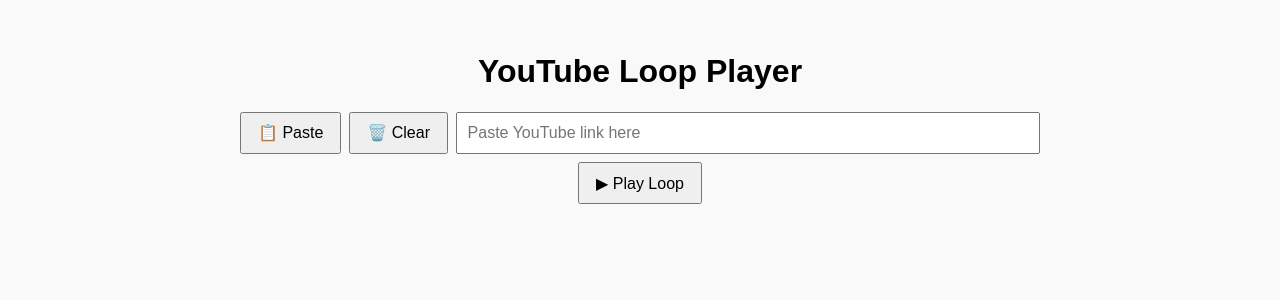
Repository: woojooin/youtubeloop
Page: index.html
The author's editor kept a copy of each file at every save. The page is drawn from the files as they stood at one save, then again after the next save.
The browser window is 1280 px wide. The pictures show the whole page.

Above is the page before, as saved 2025-07-07 18:44:18.

### index.html
<!DOCTYPE html>
<html lang="en">

<head>
  <meta charset="UTF-8" />
  <meta name="viewport" content="width=device-width, initial-scale=1.0" />
  <title>YouTube Loop</title>
  <style>
    body {
      font-family: sans-serif;
      text-align: center;
      padding: 2rem;
      margin: 0;
      background: #f9f9f9;
    }

    .container {
      max-width: 800px;
      margin: auto;
    }

    .input-row {
      display: flex;
      justify-content: center;
      gap: 0.5rem;
      flex-wrap: wrap;
    }

    input {
      flex: 1 1 60%;
      min-width: 200px;
      padding: 0.6rem;
      font-size: 1rem;
    }

    button {
      flex: 0 0 auto;
      padding: 0.6rem 1rem;
      font-size: 1rem;
    }

    iframe {
      margin-top: 1.5rem;
      width: 100%;
      aspect-ratio: 16 / 9;
      border: none;
    }
  </style>
</head>

<body>
  <div class="container">
    <h1>YouTube Loop Player</h1>

    <div class="input-row">
      <button onclick="pasteFromClipboard()">📋 Paste</button>
      <button onclick="clearInput()">🗑️ Clear</button>
      <input type="text" id="ytUrl" placeholder="Paste YouTube link here" onkeypress="handleEnter(event)" />
      <button onclick="handleLoop()">▶ Play Loop</button>
    </div>

    <div id="playerContainer"></div>
  </div>

  <script>
    let currentVideoId = null;

    function extractVideoId(url) {
      try {
        const parsed = new URL(url);
        if (parsed.hostname.includes('youtu.be')) {
          return parsed.pathname.slice(1);
        }
        return parsed.searchParams.get('v');
      } catch {
        return null;
      }
    }

    function playVideo(videoId) {
      currentVideoId = videoId;

      // Show loading state
      const container = document.getElementById('playerContainer');
      container.innerHTML = `
        <div style="padding: 2rem; text-align: center; margin-top: 1rem;">
          <div style="display: inline-block; width: 40px; height: 40px; border: 4px solid #f3f3f3; border-top: 4px solid #007bff; border-radius: 50%; animation: spin 1s linear infinite;"></div>
          <p style="margin-top: 1rem;">동영상을 로딩 중...</p>
        </div>
        <style>
          @keyframes spin {
            0% { transform: rotate(0deg); }
            100% { transform: rotate(360deg); }
          }
        </style>
      `;

      // Create iframe with sound and autoplay directly
      const embedUrl = `https://www.youtube.com/embed/${videoId}?autoplay=1&loop=1&playlist=${videoId}`;

      const iframe = document.createElement('iframe');
      iframe.src = embedUrl;
      iframe.allow = "autoplay; encrypted-media";
      iframe.allowFullscreen = true;
      iframe.style.width = '100%';
      iframe.style.aspectRatio = '16 / 9';
      iframe.style.border = 'none';
      iframe.style.marginTop = '1.5rem';

      // Clear loading and add iframe
      container.innerHTML = '';
      container.appendChild(iframe);

      // Add mute/unmute button for mobile
      const audioButton = document.createElement('div');
      audioButton.style.cssText = 'text-align: center; margin-top: 1rem;';
      audioButton.innerHTML = `
        <button id="audioToggleBtn" onclick="toggleMute('${videoId}')"
                style="padding: 0.8rem 1.5rem; background: transparent; color: #dc3545; border: 2px solid #dc3545; border-radius: 6px; cursor: pointer; font-size: 0.9rem; font-weight: bold; transition: all 0.2s ease;">
          🔇 Sound OFF
        </button>
      `;
      container.appendChild(audioButton);

      // Always add ListenOnRepeat button
      const redirectButton = document.createElement('div');
      redirectButton.style.cssText = 'text-align: center; margin-top: 0.5rem;';
      redirectButton.innerHTML = `
        <button onclick="redirectToListenOnRepeat('${videoId}')"
                style="padding: 0.8rem 1.5rem; background: transparent; color: #007bff; border: 2px solid #007bff; border-radius: 6px; cursor: pointer; font-size: 0.9rem; font-weight: bold; transition: all 0.2s ease;">
          🔗 Try with ListenOnRepeat
        </button>
      `;
      container.appendChild(redirectButton);

      // Check for 'Video unavailable' message
      setTimeout(() => {
        try {
          const iframeDoc = iframe.contentDocument || iframe.contentWindow.document;
          if (iframeDoc && iframeDoc.body) {
            const bodyText = iframeDoc.body.textContent || iframeDoc.body.innerText || '';
            if (bodyText.includes('Video unavailable')) {
              console.log('Video unavailable detected, redirecting to ListenOnRepeat');
              redirectToListenOnRepeat(videoId);
            }
          }
        } catch (e) {
          // CORS error, but continue - video might be working
          console.log('CORS error during check, but video might be working');
        }
      }, 3000);
    }

    function toggleAudio(videoId) {
      // Create a new iframe without mute parameter
      const embedUrl = `https://www.youtube.com/embed/${videoId}?autoplay=1&loop=1&playlist=${videoId}`;

      const iframe = document.createElement('iframe');
      iframe.src = embedUrl;
      iframe.allow = "autoplay; encrypted-media";
      iframe.allowFullscreen = true;
      iframe.style.width = '100%';
      iframe.style.aspectRatio = '16 / 9';
      iframe.style.border = 'none';
      iframe.style.marginTop = '1.5rem';

      // Replace the current iframe
      const container = document.getElementById('playerContainer');
      const currentIframe = container.querySelector('iframe');
      if (currentIframe) {
        container.replaceChild(iframe, currentIframe);
      }

      // Update the button text and onclick - toggle to OFF
      const audioButton = document.getElementById('audioToggleBtn');
      if (audioButton) {
        audioButton.innerHTML = '🔇 Sound OFF';
        audioButton.style.color = '#dc3545';
        audioButton.style.borderColor = '#dc3545';
        audioButton.onclick = () => toggleMute(videoId);
      }
    }

    function toggleMute(videoId) {
      // Create a new iframe with mute parameter
      const embedUrl = `https://www.youtube.com/embed/${videoId}?autoplay=1&mute=1&loop=1&playlist=${videoId}`;

      const iframe = document.createElement('iframe');
      iframe.src = embedUrl;
      iframe.allow = "autoplay; encrypted-media";
      iframe.allowFullscreen = true;
      iframe.style.width = '100%';
      iframe.style.aspectRatio = '16 / 9';
      iframe.style.border = 'none';
      iframe.style.marginTop = '1.5rem';

      // Replace the current iframe
      const container = document.getElementById('playerContainer');
      const currentIframe = container.querySelector('iframe');
      if (currentIframe) {
        container.replaceChild(iframe, currentIframe);
      }

      // Update the button text and onclick - toggle to ON
      const audioButton = document.getElementById('audioToggleBtn');
      if (audioButton) {
        audioButton.innerHTML = '🔊 Sound ON';
        audioButton.style.color = '#28a745';
        audioButton.style.borderColor = '#28a745';
        audioButton.onclick = () => toggleAudio(videoId);
      }
    }

    function redirectToListenOnRepeat(videoId) {
      const url = `https://listenonrepeat.com/watch?v=${videoId}&autoplay=1`;
      window.location.href = url;
    }

    function handleLoop() {
      const url = document.getElementById('ytUrl').value.trim();
      handleLoopFromUrl(url);
    }

    function handleLoopFromUrl(url) {
      const videoId = extractVideoId(url);
      if (!videoId) {
        alert("Invalid YouTube URL");
        return;
      }

      playVideo(videoId);
    }

    function handleEnter(event) {
      if (event.key === "Enter") {
        handleLoop();
      }
    }

    function clearInput() {
      document.getElementById('ytUrl').value = '';
      document.getElementById('playerContainer').innerHTML = '';
      currentVideoId = null;
    }

    async function pasteFromClipboard() {
      try {
        const clipboardText = await navigator.clipboard.readText();
        if (clipboardText && extractVideoId(clipboardText)) {
          document.getElementById('ytUrl').value = clipboardText;
        } else {
          alert('클립보드에 유효한 YouTube 링크가 없습니다.');
        }
      } catch (error) {
        alert('클립보드에 접근할 수 없습니다. 수동으로 붙여넣기 해주세요.');
        console.log('Clipboard access denied:', error);
      }
    }

    window.onload = () => {
      const paramUrl = new URLSearchParams(window.location.search).get('url');
      if (paramUrl) {
        document.getElementById('ytUrl').value = paramUrl;
        handleLoopFromUrl(paramUrl);
      }
    };
  </script>
</body>

</html>

After the next save:
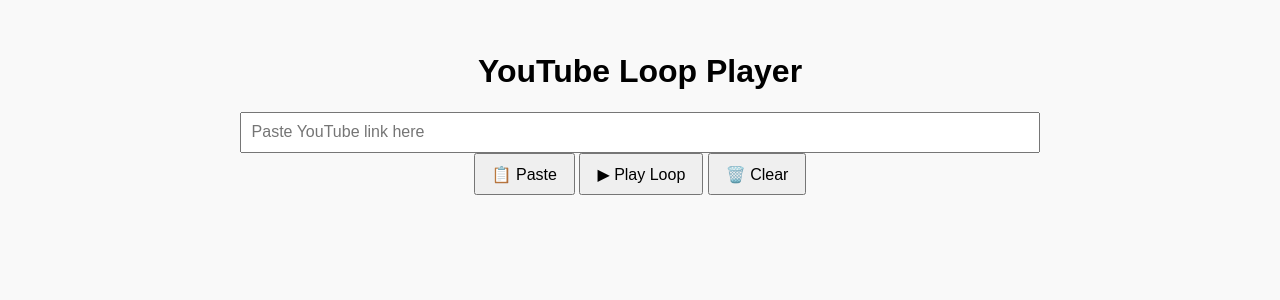
Saved 108 s later.
--- a/index.html
+++ b/index.html
@@ -53,10 +53,13 @@
     <h1>YouTube Loop Player</h1>
 
     <div class="input-row">
+      <input type="text" id="ytUrl" placeholder="Paste YouTube link here" onkeypress="handleEnter(event)" />
+    </div>
+
+    <div class="button-row">
       <button onclick="pasteFromClipboard()">📋 Paste</button>
+      <button onclick="handleLoop()">▶ Play Loop</button>
       <button onclick="clearInput()">🗑️ Clear</button>
-      <input type="text" id="ytUrl" placeholder="Paste YouTube link here" onkeypress="handleEnter(event)" />
-      <button onclick="handleLoop()">▶ Play Loop</button>
     </div>
 
     <div id="playerContainer"></div>
